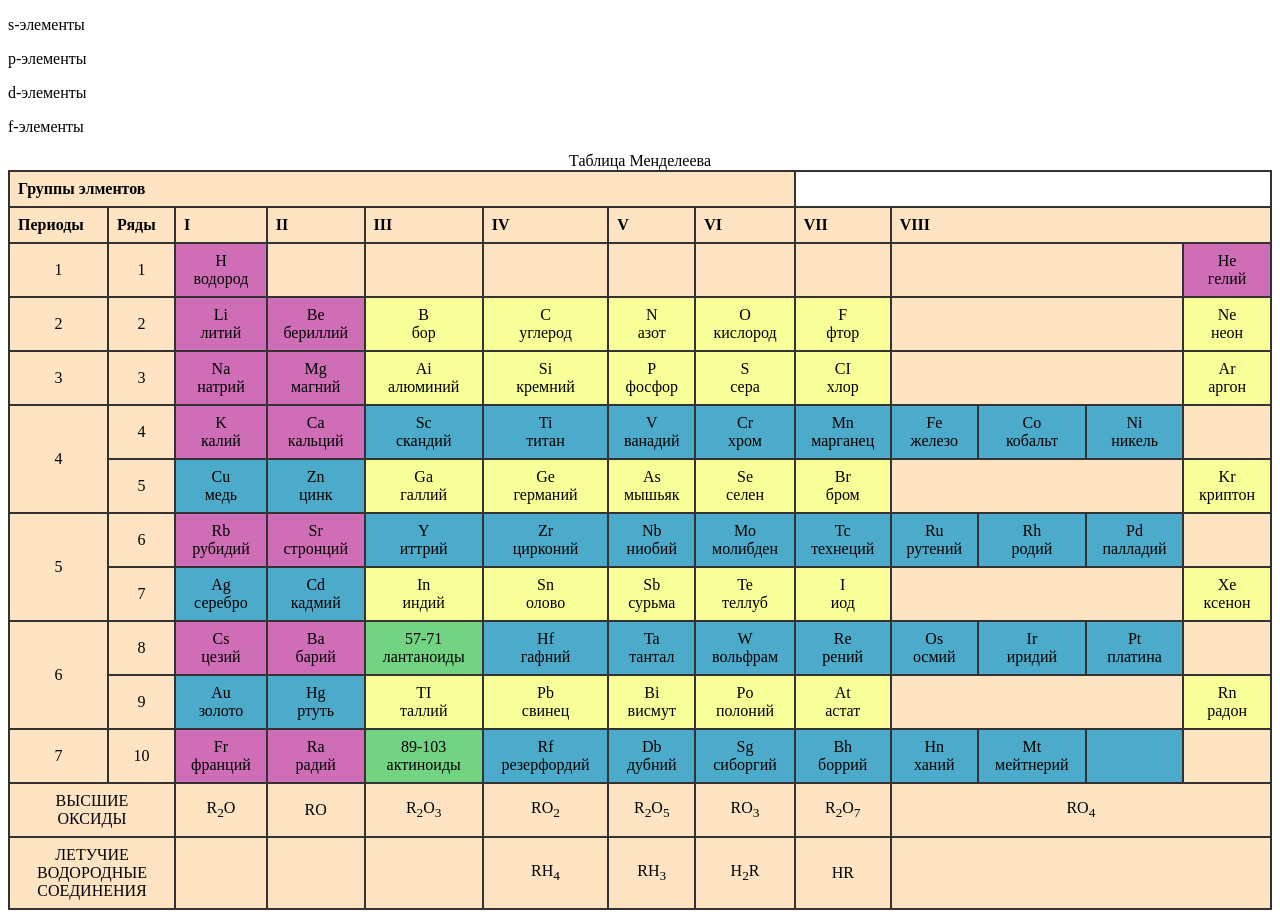
Repository: sannikovcode/exercises-a1
Page: JS/websites/01-periodic table/index.html
An editor plug-in stored every save of this project. The page is shown before and after the next save, followed by the edit.
The browser window is 1280 px wide. The pictures show the whole page.

Above is the page before, as saved 2025-10-18 15:12:21.

### JS/websites/01-periodic table/index.html
<!DOCTYPE html>
<html lang="en">

<head>
    <meta charset="UTF-8">
    <meta name="viewport" content="width=device-width, initial-scale=1.0">
    <title>Periodic table</title>
    <link rel="stylesheet" href="styles.css">
</head>

<body>
    <table>
        <caption>Таблица Менделеева</caption>
        <thead>
            <tr>
                <th colspan="8">Группы элментов</th>
            </tr>
        </thead>

        <tbody>
            <tr>
                <th scope="col">Периоды</th>
                <th scope="col">Ряды</th>
                <th scope="col">I</th>
                <th scope="col">II</th>
                <th scope="col">III</th>
                <th scope="col">IV</th>
                <th scope="col">V</th>
                <th scope="col">VI</th>
                <th scope="col">VII</th>
                <th scope="col" colspan="4">VIII</th>
            </tr>
            <tr>
                <td scope="row">1</td>
                <td>1</td>
                <td id="s">H<br>водород</td>
                <td></td>
                <td></td>
                <td></td>
                <td></td>
                <td></td>
                <td></td>
                <td colspan="3"></td>
                <td id="s">He<br>гелий</td>

            </tr>
            <tr>
                <td scope="row">2</td>
                <td>2</td>
                <td id="s">Li<br>литий</td>
                <td id="s">Be<br>бериллий</td>
                <td id="p">B<br>бор</td>
                <td id="p">C<br>углерод</td>
                <td id="p">N<br>азот</td>
                <td id="p">O<br>кислород</td>
                <td id="p">F<br>фтор</td>
                <td colspan="3"></td>
                <td id="p">Ne<br>неон</td>
            </tr>
            <tr>
                <td scope="row">3</td>
                <td>3</td>
                <td id="s">Na<br>натрий</td>
                <td id="s">Mg<br>магний</td>
                <td id="p">Ai<br>алюминий</td>
                <td id="p">Si<br>кремний</td>
                <td id="p">P<br>фосфор</td>
                <td id="p">S<br>сера</td>
                <td id="p">CI<br>хлор</td>
                <td colspan="3"></td>
                <td id="p">Ar<br>аргон</td>

            </tr>
            <tr>
                <td scope="row" rowspan="2">4</td>
                <td>4</td>
                <td id="s">K<br>калий</td>
                <td id="s">Ca<br>кальций</td>
                <td id="d">Sc<br>скандий</td>
                <td id="d">Ti<br>титан</td>
                <td id="d">V<br>ванадий</td>
                <td id="d">Cr<br>хром</td>
                <td id="d">Mn<br>марганец</td>
                <td id="d">Fe<br>железо</td>
                <td id="d">Co<br>кобальт</td>
                <td id="d">Ni<br>никель</td>
                <td></td>
            </tr>
            <tr>
                <td>5</td>
                <td id="d">Cu<br>медь</td>
                <td id="d">Zn<br>цинк</td>
                <td id="p">Ga<br>галлий</td>
                <td id="p">Ge<br>германий</td>
                <td id="p">As<br>мышьяк</td>
                <td id="p">Se<br>селен</td>
                <td id="p">Br<br>бром</td>
                <td colspan="3"></td>
                <td id="p">Kr<br>криптон</td>
            <tr>
                <td scope="row" rowspan="2">5</td>
                <td>6</td>
                <td id="s">Rb<br>рубидий</td>
                <td id="s">Sr<br>стронций</td>
                <td id="d">Y<br>иттрий</td>
                <td id="d">Zr<br>цирконий</td>
                <td id="d">Nb<br>ниобий</td>
                <td id="d">Mo<br>молибден</td>
                <td id="d">Tc<br>технеций</td>
                <td id="d">Ru<br>рутений</td>
                <td id="d">Rh<br>родий</td>
                <td id="d">Pd<br>палладий</td>
                <td></td>
            </tr>
            <tr>
                <td>7</td>
                <td id="d">Ag<br>серебро</td>
                <td id="d">Cd<br>кадмий</td>
                <td id="p">In<br>индий</td>
                <td id="p">Sn<br>олово</td>
                <td id="p">Sb<br>сурьма</td>
                <td id="p">Te<br>теллуб</td>
                <td id="p">I<br>иод</td>
                <td colspan="3"></td>
                <td id="p">Xe<br>ксенон</td>
            </tr>
            <tr>
                <td scope="row" rowspan="2">6</td>
                <td>8</td>
                <td id="s">Cs<br>цезий</td>
                <td id="s">Ba<br>барий</td>
                <td id="f">57-71<br>лантаноиды</td>
                <td id="d">Hf<br>гафний</td>
                <td id="d">Ta<br>тантал</td>
                <td id="d">W<br>вольфрам</td>
                <td id="d">Re<br>рений</td>
                <td id="d">Os<br>осмий</td>
                <td id="d">Ir<br>иридий</td>
                <td id="d">Pt<br>платина</td>
                <td></td>
            </tr>
            <tr>
                <td>9</td>
                <td id="d">Au<br>золото</td>
                <td id="d">Hg<br>ртуть</td>
                <td id="p">TI<br>таллий</td>
                <td id="p">Pb<br>свинец</td>
                <td id="p">Bi<br>висмут</td>
                <td id="p">Po<br>полоний</td>
                <td id="p">At<br>астат</td>
                <td colspan="3"></td>
                <td id="p">Rn<br>радон</td>
            </tr>
            <tr>
                <td scope="row">7</td>
                <td>10<br></td>
                <td id="s">Fr<br>франций</td>
                <td id="s">Ra<br>радий</td>
                <td id="f">89-103<br>актиноиды</td>
                <td id="d">Rf<br>резерфордий</td>
                <td id="d">Db<br>дубний</td>
                <td id="d">Sg<br>сиборгий</td>
                <td id="d">Bh<br>боррий</td>
                <td id="d">Hn<br>ханий</td>
                <td id="d">Mt<br>мейтнерий</td>
                <td id="d"></td>
                <td></td>
            </tr>
            <tr>
                <td colspan="2">ВЫСШИЕ <br>ОКСИДЫ</td>
                <td>R<sub>2</sub>O</td>
                <td>RO</td>
                <td>R<sub>2</sub>O<sub>3</sub></td>
                <td>RO<sub>2</sub></td>
                <td>R<sub>2</sub>O<sub>5</sub></td>
                <td>RO<sub>3</sub></td>
                <td>R<sub>2</sub>O<sub>7</sub></td>
                <td colspan="4">RO<sub>4</sub></td>

            </tr>
            <tr>
                <td colspan="2">ЛЕТУЧИЕ <br>ВОДОРОДНЫЕ <br> СОЕДИНЕНИЯ</td>
                <td></td>
                <td></td>
                <td></td>
                <td>RH<sub>4</sub></td>
                <td>RH<sub>3</sub></td>
                <td>H<sub>2</sub>R</td>
                <td>HR</td>
                <td colspan="4"></td>
            </tr>
        </tbody>
        <tfoot>
            <p>s-элементы</p>
            <p>p-элементы</p>
            <p>d-элементы</p>
            <p>f-элементы</p>

        </tfoot>

    </table>




</body>

</html>

### JS/websites/01-periodic table/styles.css
/* 1 */
table {
  border-collapse: collapse;
  width: 100%;
}

table, th, td {
  border: 2px solid #333;
}

th, td {
  padding: 8px;
  text-align: left;
  background-color: bisque;
}
/*2*/
td {
  text-align: center; /* горизонтальное центрирование */
  vertical-align: middle; /* вертикальное центрирование */
}

/* элементы */

#s {
  background-color: rgb(207, 109, 183);
}
#p {
  background-color: rgb(248, 255, 152);
}
#d {
  background-color: rgb(76, 171, 202);
}
#f {
  background-color: rgb(114, 211, 130);
}



/* table {
  border-collapse: collapse;
  width: 100%;
  font-family: Arial, sans-serif;
}

th, td {
  border: 1px solid #ddd;
  padding: 8px;
  text-align: left;
}

th {
  background-color: #4CAF50;
  color: white;
}

tr:nth-child(even) {
  background-color: #f2f2f2;
}

tr:hover {
  background-color: #ddd;
}

caption {
  caption-side: top;
  font-weight: bold;
  padding: 10px;
  font-size: 1.2em;
} */

After the next save:
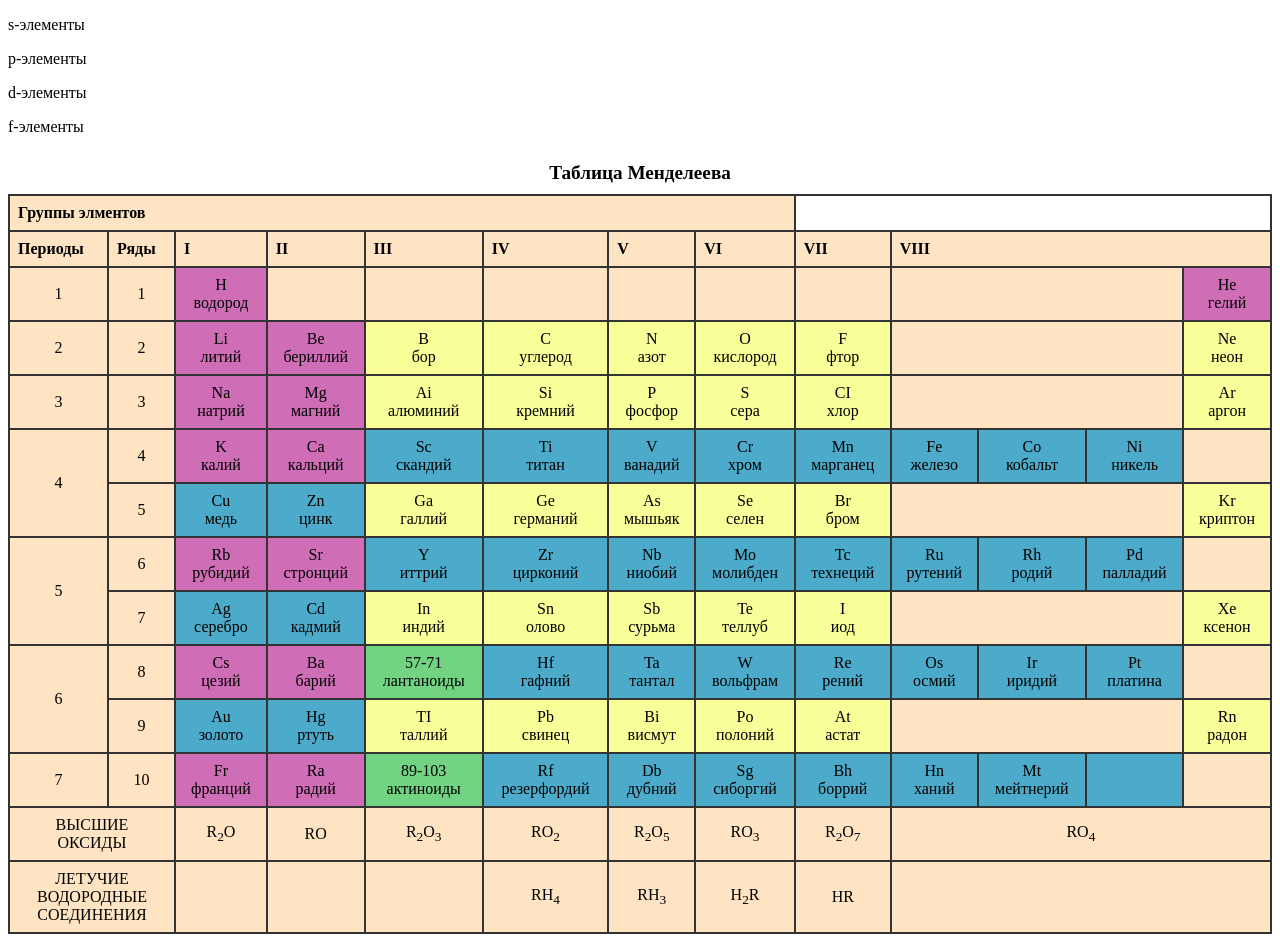
Saved 46 s later.
--- a/JS/websites/01-periodic table/styles.css
+++ b/JS/websites/01-periodic table/styles.css
@@ -13,6 +13,13 @@ th, td {
   text-align: left;
   background-color: bisque;
 }
+caption {
+  caption-side: top;
+  font-weight: bold;
+  padding: 10px;
+  font-size: 1.2em;
+}
+
 /*2*/
 td {
   text-align: center; /* горизонтальное центрирование */

After the save that followed:
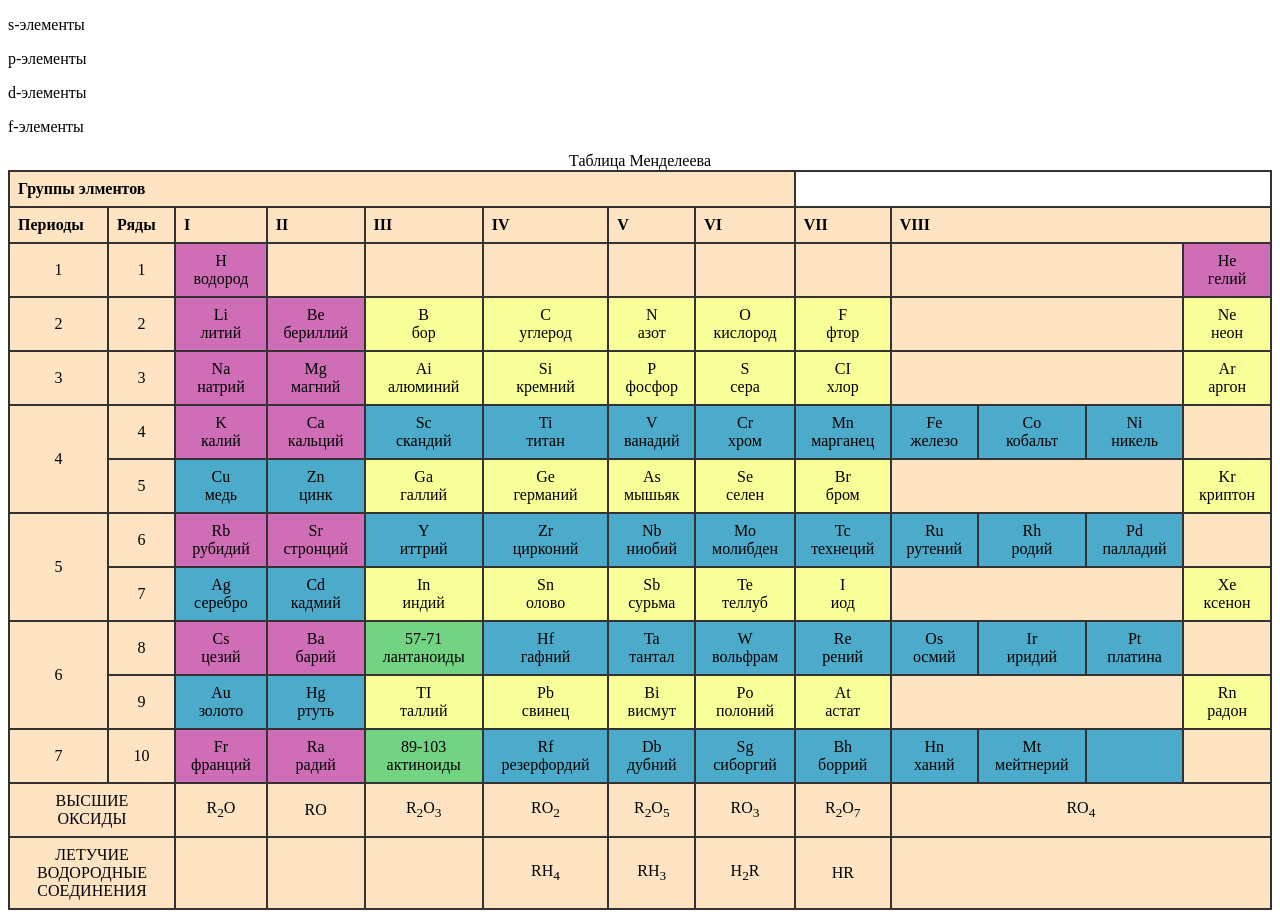
Saved 7 s later.
--- a/JS/websites/01-periodic table/styles.css
+++ b/JS/websites/01-periodic table/styles.css
@@ -13,12 +13,12 @@ th, td {
   text-align: left;
   background-color: bisque;
 }
-caption {
+/* caption {
   caption-side: top;
   font-weight: bold;
   padding: 10px;
   font-size: 1.2em;
-}
+} */
 
 /*2*/
 td {
